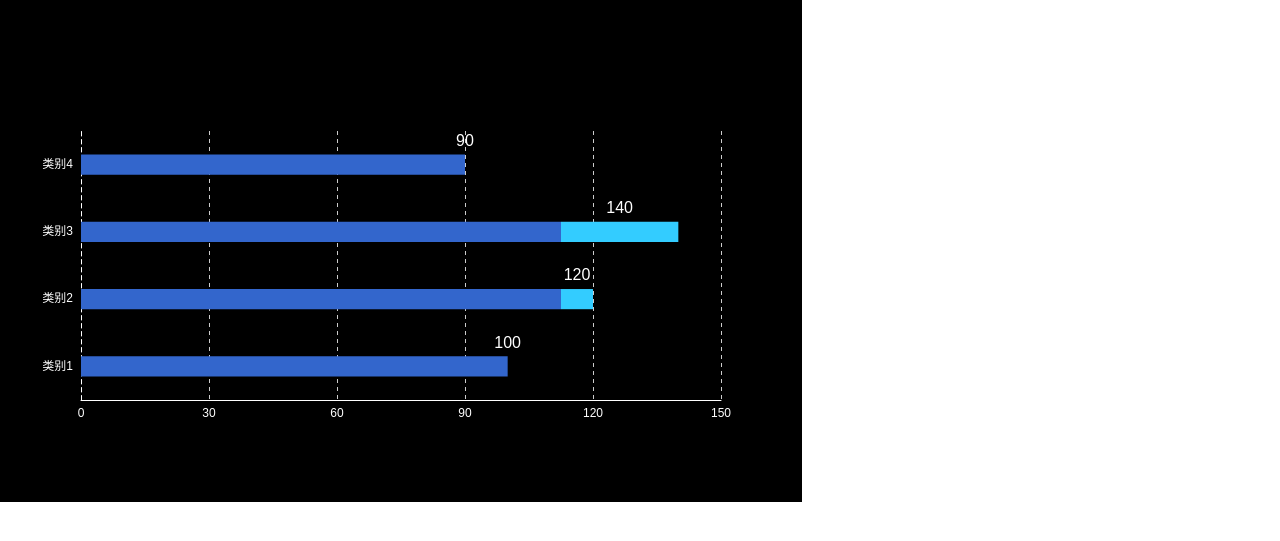
Repository: 572031690/echartproj
Page: /#/test
These files come from the project's save history. The page is drawn as it stood at one moment and after a run of saves; the edit follows.
The browser window is 1280 px wide. The pictures show the whole page.
The project was rebuilt for these pictures with package versions that can differ from the ones it lists, and the page was loaded fresh each time. Also part of the build but not shown: vue.config.js, src/components/Seller.vue, src/views/SellerPage.vue, src/utils/theme_utils.js, src/components/Trend.vue, src/views/TrendPage.vue, src/utils/map_utils.js, src/components/Map.vue and 9 more.

Above is the page before, as saved 2021-08-05 10:16:51.

After the next 2 saves:
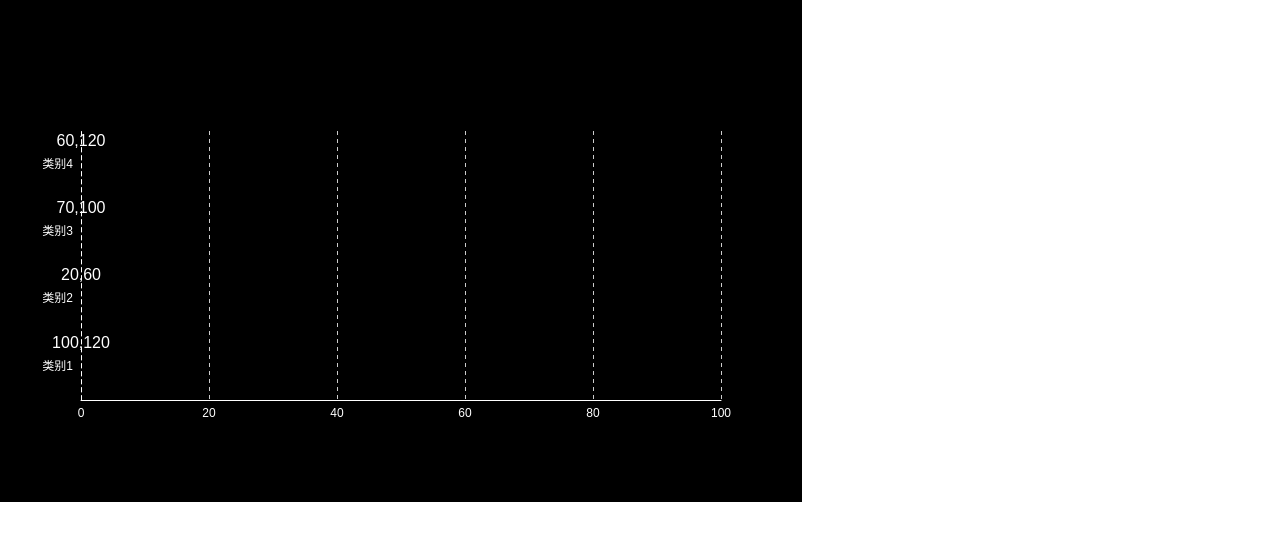
The 2 saves are shown as one change because 1 did not build or start.
The last was saved 112 s later.
--- a/src/components/Test.vue
+++ b/src/components/Test.vue
@@ -13,7 +13,12 @@ export default {
   data() {
     return {
       chartInstance: null,
-      seriesData: [100, 120, 140, 90],
+      seriesData: [
+        [100, 120],
+        [20, 60],
+        [70, 100],
+        [60, 120]
+      ],
       barChart: {
         xAxisData: ["类别1", "类别2", "类别3", "类别4"],
         dataList: []
